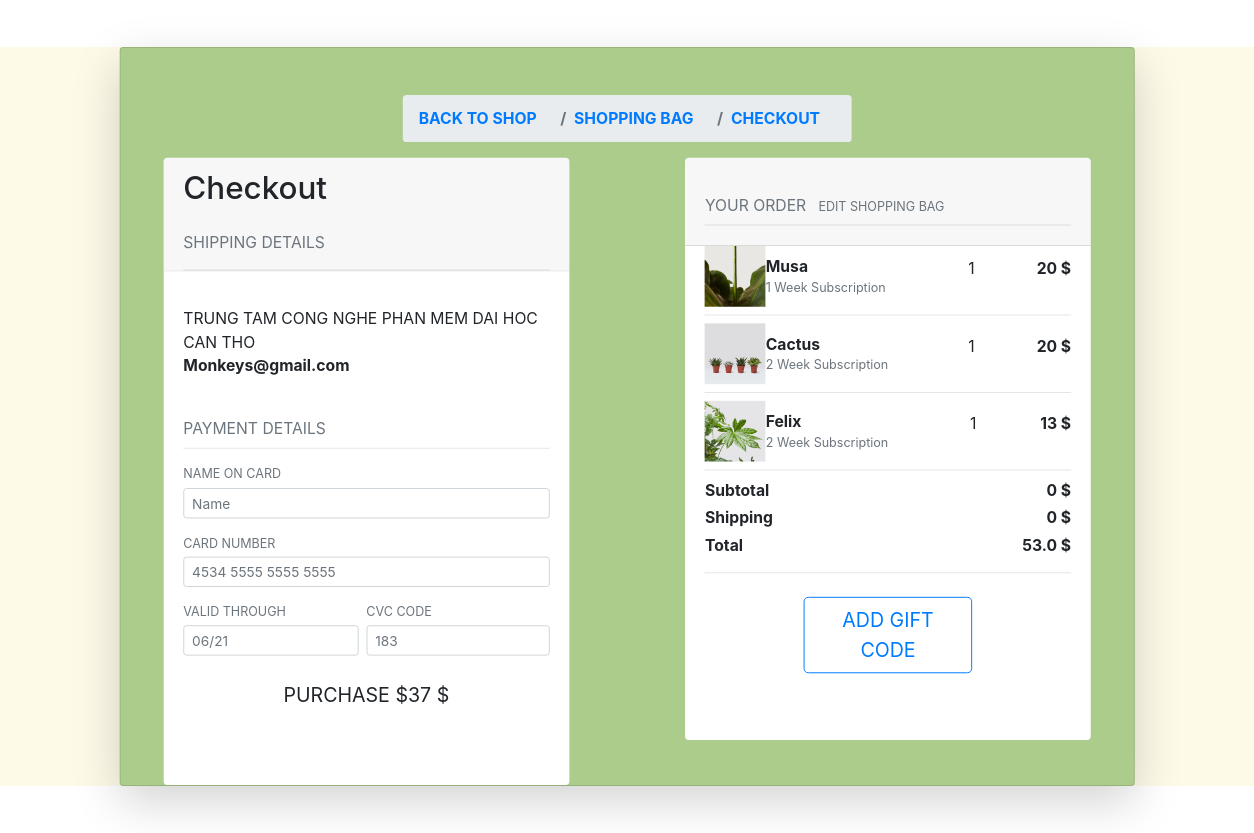
Repository: phamminhkhoa2k4/TechWiz-PlantPalace
Page: views/cart.html
The author's editor kept a copy of each file at every save. The page is drawn from the files as they stood at one save, then again after a run of saves.
The browser window is 1280 px wide. The pictures show the whole page, at 98% of full size.

Above is the page before, as saved 2023-08-12 18:30:49.

### views/cart.html
<link rel="stylesheet" href="https://stackpath.bootstrapcdn.com/bootstrap/4.3.1/css/bootstrap.min.css">
<style>
     .container-fluid {
        background: #fdfae8;
     }
     .shadow-lg{
        background: #abcc8b;
     }
     .img-fluid {
         max-width: 50% ;
        height: 50%;
}
</style>
<div class=" container-fluid my-5 ">
    <div class="row justify-content-center ">
        <div class="col-xl-10">
            <div class="card shadow-lg ">
                <div class="row p-2 mt-3 justify-content-between mx-sm-2">
                    <div class="col">

                    </div>
                    <div class="col">
                        <div class="row justify-content-start ">
                            <div class="col">

                            </div>
                        </div>
                    </div>
                    <div class="col-auto">

                    </div>
                </div>
                <div class="row  mx-auto justify-content-center text-center">
                    <div class="col-12 mt-3 ">
                        <nav aria-label="breadcrumb" class="second ">
                            <ol class="breadcrumb indigo lighten-6 first  ">
                                <li class="breadcrumb-item font-weight-bold "><a class="black-text text-uppercase " href="#"><span class="mr-md-3 mr-1">BACK TO SHOP</span></a><i class="fa fa-angle-double-right " aria-hidden="true"></i></li>
                                <li class="breadcrumb-item font-weight-bold"><a class="black-text text-uppercase" href="#"><span class="mr-md-3 mr-1">SHOPPING BAG</span></a><i class="fa fa-angle-double-right text-uppercase " aria-hidden="true"></i></li>
                                <li class="breadcrumb-item font-weight-bold"><a class="black-text text-uppercase active-2" href="#"><span class="mr-md-3 mr-1">CHECKOUT</span></a></li>
                            </ol>
                        </nav>
                    </div>
                </div>

                <div class="row justify-content-around">
                    <div class="col-md-5">
                        <div class="card border-0">
                            <div class="card-header pb-0">
                                <h2 class="card-title space ">Checkout</h2>
                                <p class="card-text text-muted mt-4  space">SHIPPING DETAILS</p>
                                <hr class="my-0">
                            </div>
                            <div class="card-body">
                                <div class="row justify-content-between">
                                    <div class="col-auto mt-0"><p><b></b></p>TRUNG TAM CONG NGHE PHAN MEM DAI HOC CAN THO</div>
                                    <div class="col-auto"><p><b>Monkeys@gmail.com</b> </p></div>
                                </div>
                                <div class="row mt-4">
                                    <div class="col"><p class="text-muted mb-2">PAYMENT DETAILS</p><hr class="mt-0"></div>
                                </div>
                                <div class="form-group">
                                    <label for="NAME" class="small text-muted mb-1">NAME ON CARD</label>
                                    <input type="text" class="form-control form-control-sm" name="NAME" id="NAME" aria-describedby="helpId" placeholder="Name">
                                </div>
                                <div class="form-group">
                                    <label for="NAME" class="small text-muted mb-1">CARD NUMBER</label>
                                    <input type="text" class="form-control form-control-sm" name="NAME" id="NAME" aria-describedby="helpId" placeholder="4534 5555 5555 5555">
                                </div>
                                <div class="row no-gutters">
                                    <div class="col-sm-6 pr-sm-2">
                                        <div class="form-group">
                                            <label for="NAME" class="small text-muted mb-1">VALID THROUGH</label>
                                            <input type="text" class="form-control form-control-sm" name="NAME" id="NAME" aria-describedby="helpId" placeholder="06/21">
                                        </div>
                                    </div>
                                    <div class="col-sm-6">
                                        <div class="form-group">
                                            <label for="NAME" class="small text-muted mb-1">CVC CODE</label>
                                            <input type="text" class="form-control form-control-sm" name="NAME" id="NAME" aria-describedby="helpId" placeholder="183">
                                        </div>
                                    </div>
                                </div>
                                <div class="row mb-md-5">
                                    <div class="col">
                                        <button type="button" name="" id="" class="btn  btn-lg btn-block ">PURCHASE $37 $</button>
                                    </div>
                                </div>
                            </div>
                        </div>
                    </div>
                    <div class="col-md-5">
                        <div class="card border-0 ">
                            <div class="card-header card-2">
                                <p class="card-text text-muted mt-md-4  mb-2 space">YOUR ORDER <span class=" small text-muted ml-2 cursor-pointer">EDIT SHOPPING BAG</span> </p>
                                <hr class="my-2">
                            </div>
                            <div class="card-body pt-0">
                                <div class="row  justify-content-between">
                                    <div class="col-auto col-md-7">
                                        <div class="media flex-column flex-sm-row">
                                            <img class=" img-fluid" src="../assets/img/zlsjcreqoa3k1zd2zn6m.png" width="62" height="62">
                                            <div class="media-body  my-auto">
                                                <div class="row ">
                                                    <div class="col-auto"><p class="mb-0"><b>Musa</b></p><small class="text-muted">1 Week Subscription</small></div>
                                                </div>
                                            </div>
                                        </div>
                                    </div>
                                    <div class=" pl-0 flex-sm-col col-auto  my-auto"> <p class="boxed-1">1</p></div>
                                    <div class=" pl-0 flex-sm-col col-auto  my-auto "><p><b>20 $</b></p></div>
                                </div>
                                <hr class="my-2">
                                <div class="row  justify-content-between">
                                    <div class="col-auto col-md-7">
                                        <div class="media flex-column flex-sm-row">
                                            <img class=" img-fluid " src="../assets/img/eyezulzs9styxizwxuok.png" width="62" height="62">
                                            <div class="media-body  my-auto">
                                                <div class="row ">
                                                    <div class="col"><p class="mb-0"><b>Cactus</b></p><small class="text-muted">2 Week Subscription</small></div>
                                                </div>
                                            </div>
                                        </div>
                                    </div>
                                    <div class="pl-0 flex-sm-col col-auto  my-auto"> <p class="boxed">1</p></div>
                                    <div class="pl-0 flex-sm-col col-auto my-auto"><p><b>20 $</b></p></div>
                                </div>
                                <hr class="my-2">
                                <div class="row  justify-content-between">
                                    <div class="col-auto col-md-7">
                                        <div class="media flex-column flex-sm-row">
                                            <img class=" img-fluid " src="../assets/img/vsz8hzjwhyc89t35nnul.png" width="62" height="62">
                                            <div class="media-body  my-auto">
                                                <div class="row ">
                                                    <div class="col"><p class="mb-0"><b>Felix</b></p><small class="text-muted">2 Week Subscription</small></div>
                                                </div>
                                            </div>
                                        </div>
                                    </div>
                                    <div class="pl-0 flex-sm-col col-auto  my-auto"> <p class="boxed-1">1</p></div>
                                    <div class="pl-0 flex-sm-col col-auto my-auto"><p><b>13 $</b></p></div>
                                </div>
                                <hr class="my-2">
                                <div class="row ">
                                    <div class="col">
                                        <div class="row justify-content-between">
                                            <div class="col-4"><p class="mb-1"><b>Subtotal</b></p></div>
                                            <div class="flex-sm-col col-auto"><p class="mb-1"><b>0 $</b></p></div>
                                        </div>
                                        <div class="row justify-content-between">
                                            <div class="col"><p class="mb-1"><b>Shipping</b></p></div>
                                            <div class="flex-sm-col col-auto"><p class="mb-1"><b>0 $</b></p></div>
                                        </div>
                                        <div class="row justify-content-between">
                                            <div class="col-4"><p ><b>Total</b></p></div>
                                            <div class="flex-sm-col col-auto"><p  class="mb-1"><b>53.0 $</b></p> </div>
                                        </div><hr class="my-0">
                                    </div>
                                </div>
                                <div class="row mb-5 mt-4 ">
                                    <div class="col-md-7 col-lg-6 mx-auto"><button type="button" class="btn btn-block btn-outline-primary btn-lg">ADD GIFT CODE</button></div>
                                </div>
                            </div>
                        </div>
                    </div>
                </div>
            </div>
        </div>
    </div>
</div>

After the next 7 saves:
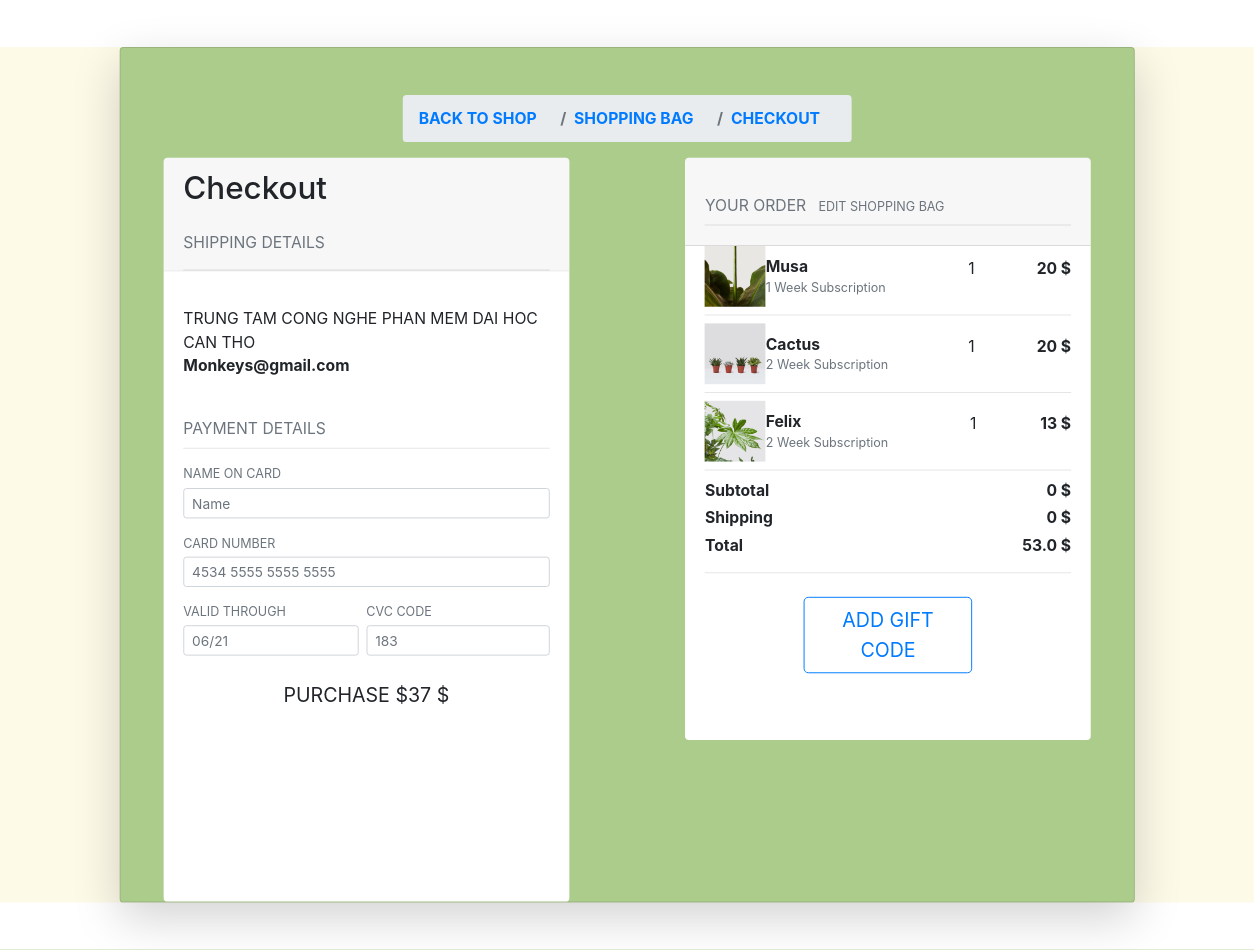
The 7 saves are shown as one change because they came seconds apart.
The last was saved 2 min 8 s later.
--- a/views/cart.html
+++ b/views/cart.html
@@ -50,7 +50,7 @@
                                 <p class="card-text text-muted mt-4  space">SHIPPING DETAILS</p>
                                 <hr class="my-0">
                             </div>
-                            <div class="card-body">
+                            <div class="card-body" style="height: 643px;" >
                                 <div class="row justify-content-between">
                                     <div class="col-auto mt-0"><p><b></b></p>TRUNG TAM CONG NGHE PHAN MEM DAI HOC CAN THO</div>
                                     <div class="col-auto"><p><b>Monkeys@gmail.com</b> </p></div>
